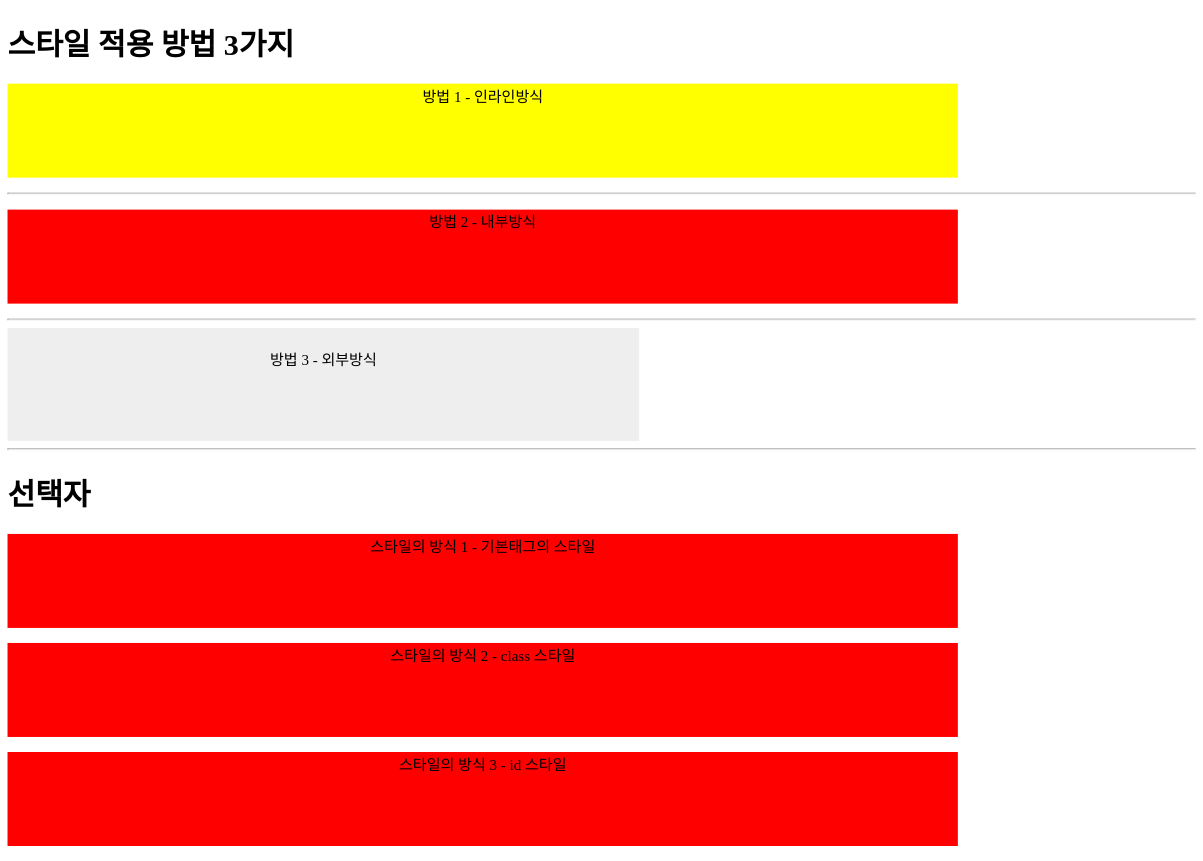
Repository: hsaar/jsworkplace
Page: http://localhost/testjsp/html/test04.jsp
The author's editor kept a copy of each file at every save. The page is drawn from the files as they stood at one save, then again after the next save.
The browser window is 1280 px wide. The pictures show the whole page, at 94% of full size.
The page is served by Tomcat 9.

Above is the page before, as saved 2025-08-20 03:55:08.

After the next save:
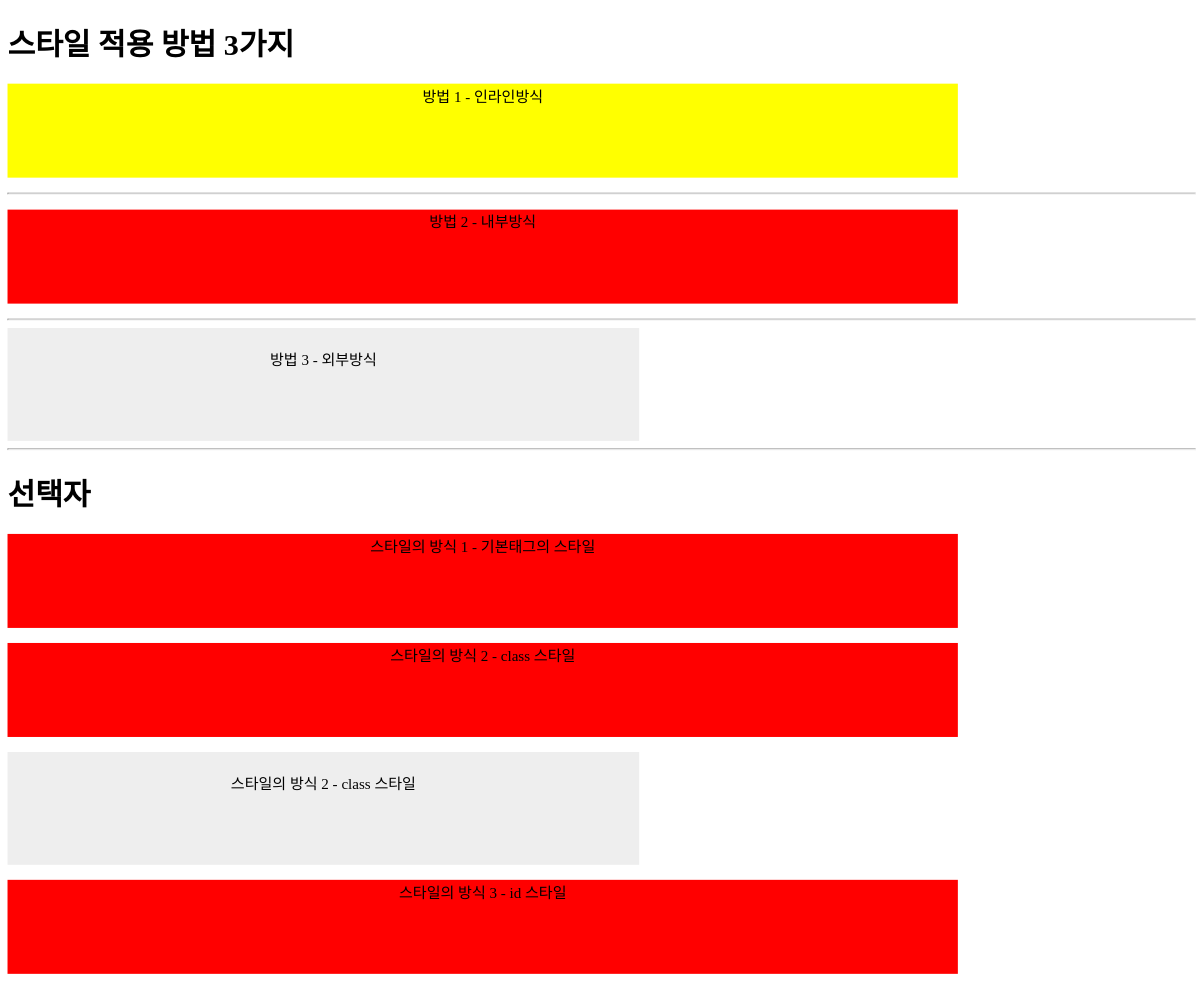
Saved 20 s later.
--- a/testjsp/src/main/webapp/html/test04.jsp
+++ b/testjsp/src/main/webapp/html/test04.jsp
@@ -32,6 +32,7 @@
 	<h1>선택자</h1>
 	<p>스타일의 방식 1 - 기본태그의 스타일</p>
 	<p>스타일의 방식 2 - class 스타일</p>
+	<div>스타일의 방식 2 - class 스타일</div>
 	<p>스타일의 방식 3 - id 스타일</p>
 </body>
 </html>
